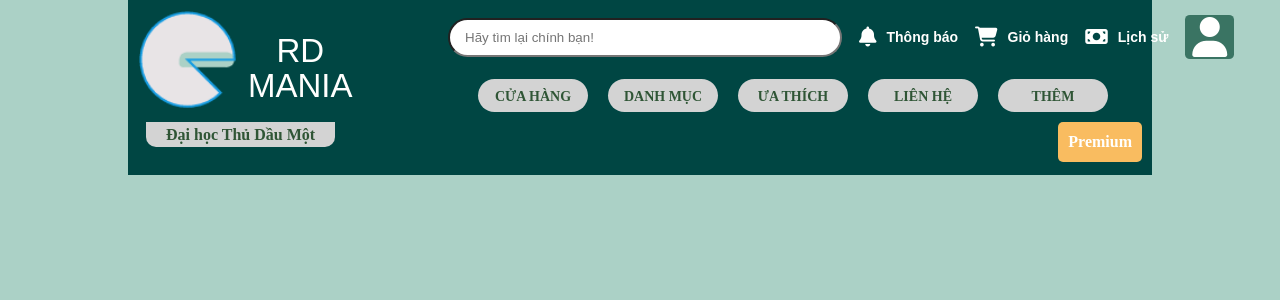
Repository: BinhTeach/rdmania
Page: Html/main.html
These files come from the project's save history. The page is drawn as it stood at one moment and after the next save; the edit follows.
The browser window is 1280 px wide. The pictures show the whole page.
Some web fonts or font styles are not loaded; a fallback is used. Some web libraries are served in a nearby version.

Above is the page before, as saved 2024-03-01 00:42:00.

### Html/main.html
<!DOCTYPE html>
<html lang="en">
<head>
    <meta charset="UTF-8">
    <meta name="viewport" content="width=device-width, initial-scale=1.0">
    <title>RDMania Store</title>
    <link rel="stylesheet" href="../Css/styles.css">
    <script src="https://kit.fontawesome.com/45c2fe20a1.js" crossorigin="anonymous"></script>
    <link rel="shortcut icon" type="image/png" href="../Image/logo.png">
    <script src="../Script/main.js"></script>
    <link href="https://fonts.cdnfonts.com/css/algeria" rel="stylesheet">
</head>
<body>
     <div id="header">
          <div class="header--container">
               <img onclick="appearMenu()" src="../Image/logo.png" alt="">
               <div class="header__title--logo">RD</br>MANIA</div>
               <nav>
                    <ul class="header__nav header__nav--up">
                         <li>
                              <input class="header__nav--find" type="text" placeholder="Hãy tìm lại chính bạn!">
                         </li>
                         <li class="header__nav--icon"><i class="fa-solid fa-bell"></i></li>
                         <li class="header__nav--titleSymbol">Thông báo</li>
                         <li class="header__nav--icon"><i class="fa-solid fa-cart-shopping"></i></i></li>
                         <li class="header__nav--titleSymbol">Giỏ hàng</li>
                         <li class="header__nav--icon " name="history-bill"><i class="fa-solid fa-money-bill"></i></li>
                         <li class="header__nav--titleSymbol">Lịch sử</li>
                         <li class="header__nav--icon fa-user--up" name='user'><i class="fa-solid fa-user"></i></li>
                    </ul>
                    <ul class="header__nav--center">
                         <li class="header__nav--menu"><a href="">Cửa hàng</a></li>
                         <li onClick="sideBar_appear()" class="header__nav--menu"><a href="">Danh mục</a>
                              <div id="sideBar__hidden">
                                   <details class="sideBar__Menu">
                                        <summary>Thắt lưng Rider</summary>
                                        <ul class="sideBar__dropList">
                                             <li class="siedeBar__dropList--sub"><a href="">Dx</a></li>
                                             <li class="siedeBar__dropList--sub"><a href="">Csm</a></li>
                                        </ul>
                                   </details>
                         `    </div>
                         </li>
                         <li class="header__nav--menu"><a href="">Ưa thích</a></li>
                         <li class="header__nav--menu"><a href="">Liên hệ</a></li>
                         <li class="header__nav--menu"><a href="">Thêm</a></li>
                    </ul>
               </nav>
          </div>
          <ul class="header__nav--down">
               <li class="header__nav--address">Đại học Thủ Dầu Một</li>
               <li class="header__nav--premium">Premium</li>
          </ul>
     </div>
</body>
<script>
     var bl = false;
     window.addEventListener('load', function(){
          if(innerWidth < 768 && bl === false){
               appearMenu();
               bl = true;
          }
          window.addEventListener('resize', function(){
               if(innerWidth < 768 && bl === false){
               appearMenu();
               bl = true;
          }
          })

     })
     function appearMenu() {
  var parentElement = document.getElementsByClassName('header--container')[0];
  var newDiv = document.createElement('div');
  parentElement.appendChild(newDiv);
  newDiv.classList.add('iconMenu');
  newDiv.innerHTML = '&#9776;';
  newDiv.id = "newMenu";
  newDiv.addEventListener('click', clickMenu);
  document.documentElement.style.setProperty('--set-Width', window.innerWidth + 'px');
     var element = document.getElementsByClassName('header__nav--icon')[0];
     }
function clickMenu() {
  let clickMenu = document.getElementsByClassName('header__nav--icon');
  for(let element of clickMenu){
     element.style.display = 'block';
  }
  let noneMenu = document.getElementsByClassName('iconMenu')[0];
  noneMenu.style.display ='none';
  let userUp = document.getElementsByClassName('header__nav--icon')[3];
  userUp.classList.add('fa-user--up');
}
function sideBar_appear(){
     var appear = document.getElementById('sideBar__hidden');
     appear.removeAttribute("display");
}

</script>
</html>

### Css/styles.css
*{
    margin:0px;
    padding: 0px;
}
@import url('https://fonts.cdnfonts.com/css/algeria');
ul{
    list-style: none;
}
@media screen and (max-width: 767.89px) {
    .header--container img{
        margin-left:-5px;
    }
    .header__title--logo{
        position: absolute;
        top:25px;
        left:110px;
    }
    nav ul li{
        display:none;
    }

    .header__nav--icon{
        margin-top: 70px;
    }
    #header{
        margin-top:10px;
        height: 130px;
        display:flex;
        flex-direction: column;
        align-items: start;
    }
    .header__nav--up{
        height: 100px;
        width: 100%;
        display: none;
    }
    .header__nav--down{
        position:absolute;
        flex-direction: start;
        top: 160px;
        align-items: center;
    }
    .header__nav--down li{
        margin-left: 15px;
        margin-top: -7px;
    }
    .header__nav--down li:nth-child(2){
        margin-left: 50px;
    }
    .header__nav--up{
        position: fixed;
        left:110px;
        top:5px;
    }
    .fa-user--up{
        position:fixed;
        top: -50px;
        right: 5px;
        font-size: 100px;
    }
    .header__nav--premium{
        position: fixed;
        right:0;
        top:130px;
    }
    .header__nav--address{
        border-radius:10px;
        position: absolute;
        top:-10px;
        left: 20px;
        white-space:nowrap;
    }
}
.iconMenu{
    font-size: 30px;
    color:white;
    display: flex;
    padding-top: 5px;
    align-items: center;
    cursor:pointer;
    position: absolute;
    left: 300px;
    top: 58px;
}
@media screen and (min-width: 768px) and (max-width:1023.98px) {
    #header{
        max-width: 100vw;
    }
    .header--container img{
        margin-left:10px;
        margin-top:30px;
        position: relative;
        left:0;
        top:15px;
    }
    .header__title--logo{
        margin-top: 10px;
        white-space: wrap;
        text-wrap: wrap;
        flex:0.5;
    }
    nav{
        justify-content: end;
        margin-top:20px;
        flex:2;
    }
    .fa-user--up{
        position: fixed;
        margin-right: 5px;
        font-size: 100px;
        right:0;
    }
    .header__nav--premium{
        margin-top: 0px;
    }
    .header__nav--address{
        margin-top:10px;
        border-top-right-radius:10px;
    }
    nav ul.header__nav--up li input,.header__nav--menu:nth-child(3), .header__nav--menu:nth-child(5){
        display:none;
    }
    .header__nav--icon, .header__nav--menu{
        margin-left: 20px;
    }
    .iconMenu{
        display: none;
    }
}
@media screen and (min-width: 1024px) {
    .iconMenu{
        display: none;
    }
}
body{
    background-color: #ABD1C6;
    color: #fffffe;
}

#header{
    position:fixed;
    top:0;
    left: 0;
    right: 0;
    margin: 0 auto;
    width: 1024px;
    background-color: #004643;
    height: 175px;
}
.header--container{
    display: flex;
}
.header--container img{
    border-radius: 100%;
    margin-left: 10px;
    margin-top: 10px;
    width: 100px;
    height: 100px;
}
nav{
    display:flex;
    flex-direction: column;
    margin-left:200px;
}
.header__title--logo{
    font-family: 'Algeria', sans-serif;
    align-self: center;
    font-size: 33px;
    text-align: center;
    padding-top: 15px;
    line-height: 1.05;
    white-space: wrap;
    position: absolute;
    left: 120px;
}
.header__nav{
    display:flex;
    flex-direction: row;
    padding: 5px;
    align-items: center;
}
.header__nav--up{
    padding-top:10px;
}
.header__nav>li{
    padding:5px;
    text-wrap:nowrap;
}
.header__nav li:nth-child(even){
    padding-left: 12px;
}
.header__nav--find{
    border-radius: 30px;
    flex: 1;
    width: 390px;
    height: 35px;
}
.header__nav--find::placeholder{
    padding-left: 15px;
    font-family: Arial, Helvetica, sans-serif;
}
.header__nav--icon{
    font-size:20px;
    cursor:pointer;
}
.header__nav--titleSymbol{
    font-family: Arial, Helvetica, sans-serif;
    font-size: 14px;
    cursor:pointer;
    font-weight: 700;
}
.fa-user{
    font-size: 40px;
    background-color: #3a7463;
    padding: 2px 7px;
    border-radius: 10%;
}
.header__nav--center{
    display:flex;
}

.header__nav--menu:nth-child(1){
    margin-left: 40px;
}
.header__nav--menu a{
    text-decoration: none;
    text-transform: uppercase;
    font-size: 14px;
    font-weight: 600;
    color: #2f5535;
    display: flex;
    align-items: center;
    justify-content: center;
    position: relative;
}

.header__nav--down{
    display:flex;
    justify-content: space-between;
}
.header__nav--address{
    padding: 0 20px;
    border-bottom-left-radius: 10px;
    border-bottom-right-radius: 10px;
    background-color: #D3D3D3;
    color:#2f5535;
    height: 25px;
    display: flex;
    align-items: center;
    font-weight: 600;
    margin-left: 18px;
}
.header__nav--premium{
    height:40px;
    background-color: #F9BC60;
    color: #fffffe;
    font-weight: 600;
    margin-right:10px;
    padding:0 10px;
    display:flex;
    align-items: center;
    justify-content: center;
    border-radius: 5px;
    cursor:cell;
}
.header__nav--menu{
    padding: 0 15px;
    padding-top: 10px;
    border-radius: 30px;
    background-color:#D3D3D3;
    width: 80px;
    height: 23px;
    text-align:center;
    margin:10px;

}
.header__nav--menu:nth-child(2){
    position: relative;
}
#sideBar__appear{
    display:block;
}
#sideBar__hidden{
    display:none;
    position: absolute;
}
.sideBar__Menu{

}
.sideBar__dropList{

}
.siedeBar__dropList--sub{

}

### Script/main.js
var S = 'xin chào bạn';
S.slice(4);
console.log(S.charAt(2, 5));

After the next save:
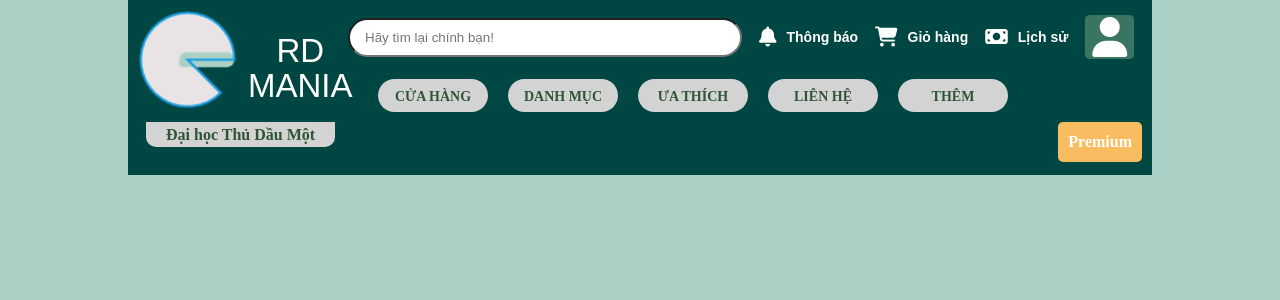
Saved 12 s later.
--- a/Css/styles.css
+++ b/Css/styles.css
@@ -160,7 +160,7 @@ body{
 nav{
     display:flex;
     flex-direction: column;
-    margin-left:200px;
+    margin-left:100px;
 }
 .header__title--logo{
     font-family: 'Algeria', sans-serif;
